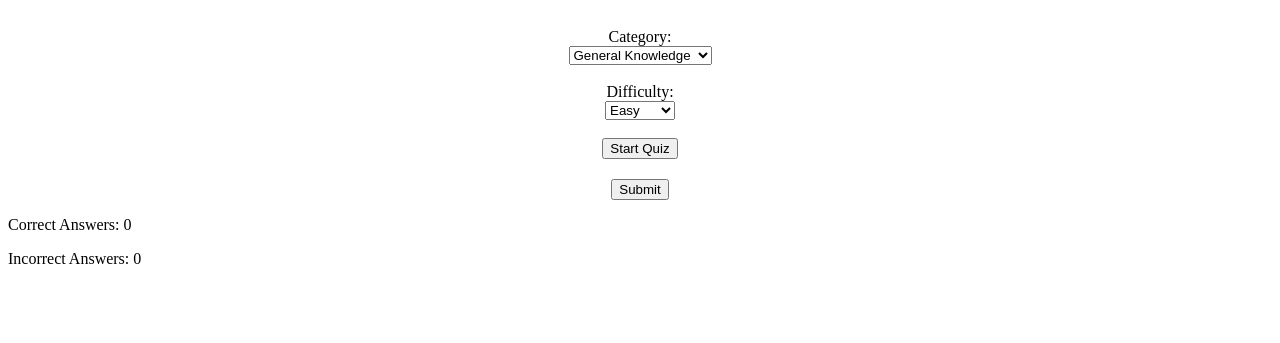
Repository: Kayla-amr/triviaSvelte
Page: /
The author's editor kept a copy of each file at every save. The page is drawn from the files as they stood at one save, then again after a run of saves.
The browser window is 1280 px wide. The pictures show the whole page.
The project was rebuilt for these pictures with package versions that can differ from the ones it lists, and the page was loaded fresh each time. The framework's server and built-in components were replaced by stand-ins that run in the browser. Also part of the build but not shown: svelte.config.js, vite.config.js.

Above is the page before, as saved 2023-03-18 09:19:52.

After the next 2 saves:
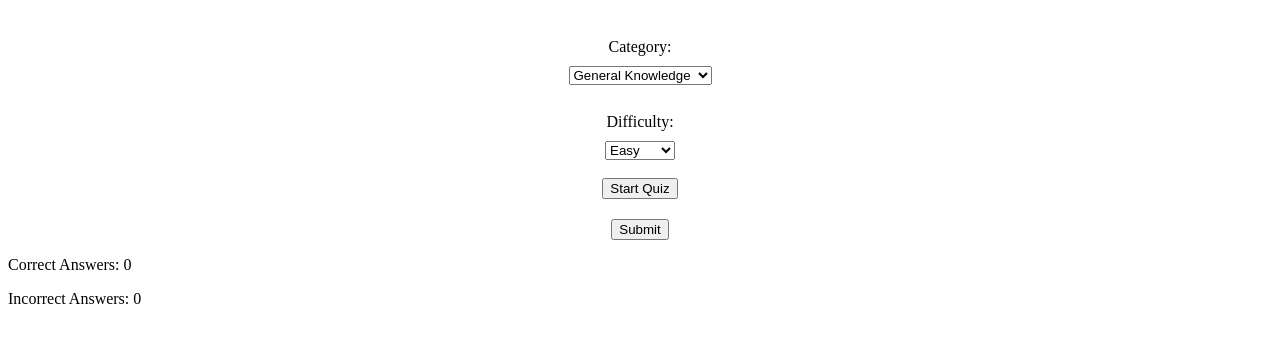
The 2 saves are shown as one change because they came seconds apart.
The last was saved 43 s later.
--- a/src/routes/+page.svelte
+++ b/src/routes/+page.svelte
@@ -104,4 +104,7 @@
         align-items: center;
         padding-top: 20px;
     }
+    label {
+        padding: 10px;
+    }
 </style>
